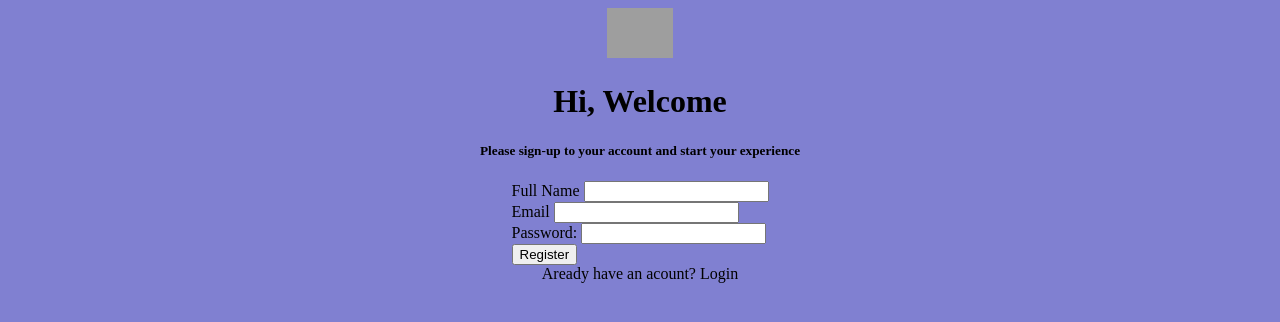
Repository: KingBoyMaylow/movie-task
Page: index.html
The author's editor kept a copy of each file at every save. The page is drawn from the files as they stood at one save, then again after a run of saves.
The browser window is 1280 px wide. The pictures show the whole page.
Pictures or frames that could not be fetched are drawn as grey boxes.

Above is the page before, as saved 2024-05-18 17:04:00.

### index.html
<!DOCTYPE html>
<html>
<head>
    <link rel="stylesheet" href="html.css">
  <title>document</title>
</head>
<body>
    <div class="sign-up-div">
        <img src="download.png" alt="div">
        <h1>Hi, Welcome</h1>
  <h5>Please sign-up to your account and start your experience</h5>

  <form action="signup.php" method="post">
    <label for="Full Name">Full Name</label>
    <input type="text" id="Full Name" name="Full Name" required><br>

    <label for="Email1">Email</label>
    <input type="text" id="Email1" name ="Email1" required><br>

    <label for="password">Password:</label>
    <input type="password" id="password" name="password" required><br>

    <input type="submit" value="Register">
  </form>
  <span>Aready have an acount?</span> <span>Login</span>
    </div>

</form>
</body>
</html>

### html.css
body{
    background-color:  rgb(128, 128, 209);
}
.sign-up-div{
    justify-items: center;
    align-items: center;
    justify-content: center;
    align-content: center;
}
img{
    height: 50px;
    cursor: pointer;
}

After the next 4 saves:
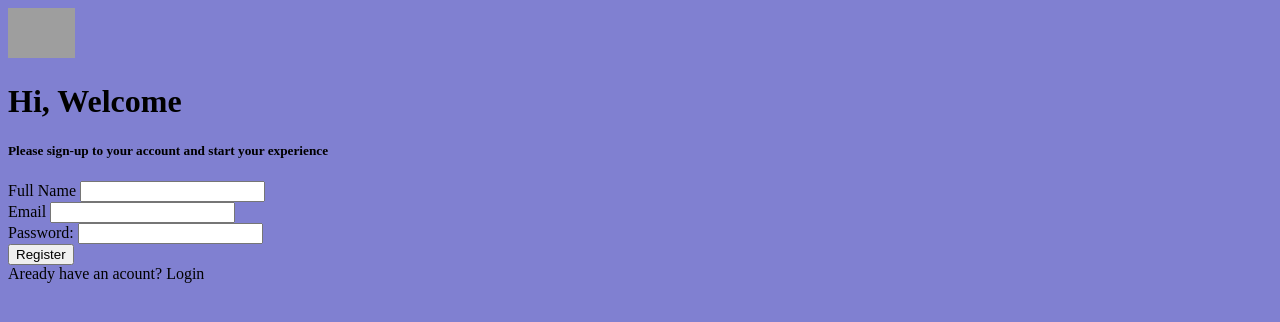
The 4 saves are shown as one change because they came seconds apart.
The last was saved 23 s later.
--- a/html.css
+++ b/html.css
@@ -2,10 +2,7 @@ body{
     background-color:  rgb(128, 128, 209);
 }
 .sign-up-div{
-    justify-items: center;
-    align-items: center;
-    justify-content: center;
-    align-content: center;
+    font-size: ;
 }
 img{
     height: 50px;
